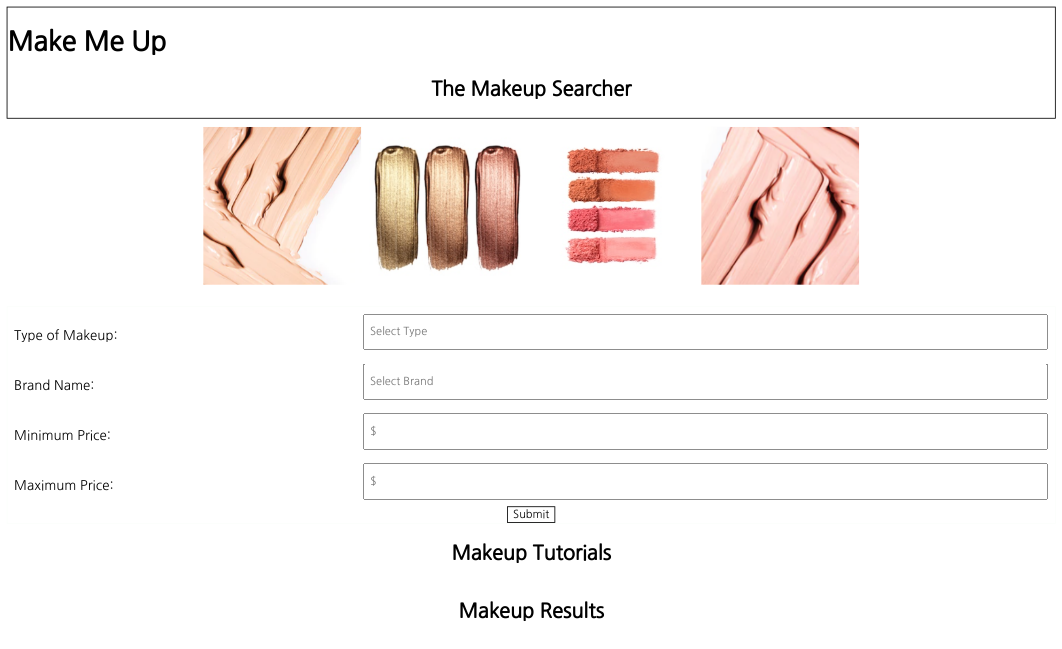
Repository: kaitlynMidori/MakeMeUp
Page: index.html
The author's editor kept a copy of each file at every save. The page is drawn from the files as they stood at one save, then again after the next save.
The browser window is 1280 px wide. The pictures show the whole page, at 83% of full size.

Above is the page before, as saved 2020-12-11 12:35:56.

### index.html
<!DOCTYPE html>
<html lang="en">

<head>
    <meta charset="utf-8">
    <meta name="viewport" content="width=device-width">
    <title>Make Me Up</title>
    <link href="style.css" rel="stylesheet" type="text/css" />
    <link rel="preconnect" href="https://fonts.gstatic.com">
    <link href="https://fonts.googleapis.com/css2?family=Nanum+Gothic&display=swap" rel="stylesheet">
</head>

<body>

    <header>
        <h1>Make Me Up</h1>
        <h2>The Makeup Searcher</h2>
    </header>

    <div id="img-container" class="img" style="padding: 5px;">
        <img src="images/smear1.png" alt="eyeshadow smear" height="200" width="200" style="padding: 5px;">
        <img src="images/smear2.png" alt="lipstick smear" height="200" width="200" style="padding: 5px;">
        <img src="images/smear4.jpg" alt="concealer smear" height="200" width="200" style="padding: 5px;">
        <img src="images/smear3.png" alt="blush smear" height="200" width="200" style="padding: 5px;">
    </div>

    <div class="form-container">
        <form id="js-form">
            <ul class="formWrapper">
                <li class= "form-row">
                    <label class="search-term" for="product-type">Type of Makeup:</label>
                    <input class="product-type input" type="text" name="product-type" id="product-type" placeholder="Select Type" list="product-type-list">
                    <datalist id="product-type-list">
                        <option value="Blush">
                        <option value="Bronzer">
                        <option value="Eyebrow">
                        <option value="Eyeliner">
                        <option value="Eyeshadow">
                        <option value="Foundation">
                        <option value="Lip Liner">
                        <option value="Lipstick">
                        <option value="Mascara">
                        <option value="Nail Polish">
                    </datalist>
                </li>

                <li class="form-row">
                    <label class="search-term" for="brand">Brand Name:</label>
                    <input class="brand input" type="text" name="brand" id="brand" placeholder="Select Brand" list="brand-list">
                    <datalist id="brand-list">
                        <option value="Almay">
                        <option value="Alva">
                        <option value="Anna Sui">
                        <option value="Annabelle">
                        <option value="Benefit">
                        <option value="Boosh">
                        <option value="Burt's Bees">
                        <option value="Butter London">
                        <option value="C'est Moi">
                        <option value="Cargo Cosmetics">
                        <option value="China Glaze">
                        <option value="Clinique">
                        <option value="Coastal Classic Creation">
                        <option value="Colourpop">
                        <option value="Covergirl">
                        <option value="Dalish">
                        <option value="Deciem">
                        <option value="Dior">
                        <option value="Dr. Hauschka">
                        <option value="e.l.f">
                        <option value="Essie">
                        <option value="Fenty">
                        <option value="Glossier">
                        <option value="Green People">
                        <option value="Iman">
                        <option value="L'oreal">
                        <option value="Lotus Cosmetics USA">
                        <option value="Maia's Mineral Galaxy">
                        <option value="Marcelle">
                        <option value="Marienatie">
                        <option value="Maybelline">
                        <option value="Milani">
                        <option value="Mineral Fusion">
                        <option value="Misa">
                        <option value="Mistura">
                        <option value="Moov">
                        <option value="Nudus">
                        <option value="NYX">
                        <option value="ORLY">
                        <option value="Pacifica">
                        <option value="Penny Lane Organics">
                        <option value="Physicians Formula">
                        <option value="Piggy Paint">
                        <option value="Pure Anada">
                        <option value="Rejuva Minerals">
                        <option value="Revlon">
                        <option value="Sally B's Skin Yummies">
                        <option value="Salon Perfect">
                        <option value="Sante">
                        <option value="Sinful Colours">
                        <option value="Smashbox">
                        <option value="Stila">
                        <option value="Suncoat">
                        <option value="w3llpeople">
                        <option value="wet n wild">
                        <option value="Zorah">
                        <option value="Zorah Biocosmetiques">
                    </datalist>
                </li>

                <li class="form-row">
                    <label class="search-term" for="min-price-input">Minimum Price:</label>
                    <input class="min-price input" type="number" name="min-price" id="min-price-input" placeholder="$">
                </li>

                <li class="form-row">
                    <label class="search-term" for="max-price-input">Maximum Price:</label>
                    <input class="max-price input" type="number" name="max-price" id="max-price-input" placeholder="$">
                </li>

                <li class="button">
                    <input id="submit-btn" type="submit" value="Submit">
                </li>
            </ul>
        </form>
    </div>


        <p id="js-error-message" class="error-message"></p>

        <section id="yt-results" class="hidden">
            <h2>Makeup Tutorials</h2>
            <ul id="yt-results-list">
            </ul>
        </section>
    <div id="results-container" class="hidden">
        <h2>Makeup Results</h2>
            <ul id="results-list">
            </ul>
    </div>

    <script src="https://code.jquery.com/jquery-3.3.1.js" integrity="sha256-2Kok7MbOyxpgUVvAk/HJ2jigOSYS2auK4Pfzbm7uH60=" crossorigin="anonymous"></script>
    <script src="script.js"></script>

</body>

</html>

### style.css
* {
    box-sizing: border-box;
}

hidden {
    display: none;
}

* {
    font-family: 'Nanum Gothic', sans-serif;
    color: black;
}

/* header styling */
header {
    background-color: white;
    border-style: solid;
    border-width: thin;
    border-color: black;
}

h2 {
    text-align: center;
}

/* Body styling */
body {
    background-color: white;
}

/* Image styling */

#img-container {
    display: flex;
    flex-direction: row;
    flex-wrap: nowrap;
    justify-content: center;
}

/* Form styling */
.formWrapper {
    background-color: white;
    list-style-type: none;
    padding: 0;
    border-style: solid;
    border-width: thin;
    border-color: #fbfefb;
}

.form-row {
    display: flex;
    justify-content: center;
    padding: .5em;
}

.form-row >label {
    padding: 1em 1em .5em 0;
    flex: 1;
}

.form-row > input {
    flex: 2;
}

.form-row > input,
.form-row > button {
    padding: .5em;
}

.button {
    display: flex;
    justify-content: center;
}

#submit-btn {
    background-color: white;
    color: black;
    border-style: solid;
    border-width: thin;
    border-color: black;
}

/* results styling */


#results-list{
    display: flex;
    flex-wrap: wrap;
    justify-content: center;
    font-size: 12px;
}

.each-product-result {
    padding-left: 7px;
    list-style-type: none;
    background-color: white;
    border: lightgray;
    border-style: solid;
    border-width: thin;
    width: 200px;
}

.each-product-result > .product-name {
    display: block;
    margin-right: auto;
    margin-left: auto;
    font-size: 12px;
    width: 160px;
}

.each-product-result > .product-img {
    display: block;
    border: white;
    border-style: solid;
    border-width: thin;
    margin-left: auto;
    margin-right: auto;
    height: 150px;
    width: 150px;
}

.each-product-result > .product-price {
    font-style: italic;
}

.each-product-result > .product-description {
    font-size: 12px;
    font-weight: lighter;
    width: 180px;
}

/* YouTube video Styling */

#yt-results-list {
    display: flex;
    flex-wrap: wrap;
    justify-content: center;
    font-size: 12px;
}

.each-yt-result {
    padding-left: 7px;
    list-style-type: none;
    background-color: white;
    border: lightgray;
    border-style: solid;
    border-width: thin;
    width: 200px;
}

.each-yt-result > .yt-title {
    display: block;
    margin-left: auto;
    margin-left: auto;
}

.each-yt-result > .yt-description {
    font-size: 12px;
    width: 180px;
}

.each-yt-result > .yt-thumbnails {
    display: block;
    border: white;
    border-style: solid;
    border-width: thin;
    margin-left: auto;
    margin-right: auto;
    height: 130px;
    width: 150px;
}

### script.js
 'use strict';

const makeupURL = 'https://makeup-api.herokuapp.com/api/v1/products.json';

//watch form
//prevent submit btn default
//collect values for user input
function watchForm() {
    $('form').submit(event => {
        event.preventDefault();
        const searchTerm = $('#product-type').val();
        const brand = $('#brand').val();
        const minPrice = $('#min-price-input').val();
        const maxPrice = $('#max-price-input').val();
        getMakeUp(searchTerm, brand, minPrice, maxPrice);
        getYoutubeVideo(searchTerm, brand);
    });
}

//format url
function formatQueryParams(params) {
    const queryItems = Object.keys(params)
        .map(key => `${encodeURIComponent(key)}=${encodeURIComponent(params[key])}`)
    return queryItems.join('&');
}

function getMakeUp(searchTerm, brand, minPrice, maxPrice) {
    const params = {
        product_type: searchTerm,
        brand: brand,
        price_greater_than: minPrice,
        price_less_than: maxPrice,
    };

    const queryString = formatQueryParams(params)
    const url = makeupURL + '?' + queryString;
    console.log(url);

    fetch(url)
        .then(response => {
            if (response.ok) {
                return response.json();
            }
            throw new Error(response.statusText);
        })
        .then(responseJson => displayResults(responseJson))
        .catch(err => {
            $('#js-error-message').text(`Something went wrong: ${err.message}`);
        });
}

function displayResults(responseJson) {
    // if there are previous results, remove them
    console.log(responseJson);
    $('#results-list').empty();

    //if there are no results, display a msg
    if (!Object.keys(responseJson).length) {
        $('#results-list').append(`<h2>Sorry, No Products Found For That Make-Up and/or Brand</h2>`);
    }
    // iterate through the items array
    for (let i = 0; i < responseJson.length; i++) {

        // for each makeup object in the items array, add a list item to the results
        //list with the full name, img, price, description, url
        $('#results-list').append(
            `<li class="each-product-result">
      <h3 class="product-name">${responseJson[i].name}</h3>
      <img class="product-img" src="${responseJson[i].image_link}">

      <br>

      <p class="product-price">$${responseJson[i].price}</p>
      <p class="product-description">${responseJson[i].description}</p>
      </li>`
        )
    };

    //display the results section
    $('#results').removeClass('hidden');

    //clear input after results load
    $('#product-type').val('')
    $('#brand').val('')
    $('#min-price-input').val('');
    $('#max-price-input').val('');
};

$(watchForm);

// *****************Youtube video portion**************************************

const youtubeURL = 'https://www.googleapis.com/youtube/v3/search';

function getYoutubeVideo(searchTerm, brand) {
 const params = {
    part:'snippet',
    key:'AIzaSyDLTkOknlkbRK8xtwwM4HzWWfjG2awJktI',
    q: searchTerm + brand + ' makeup',
    maxResults: 6,
    type: 'video',
    order: 'Relevance',
    safeSearch: 'strict',
    relevanceLanguage: 'en'
  };

  const queryString = formatQueryParams(params)
  const url = youtubeURL + '?' + queryString;
  console.log(url);

  fetch(url)
    .then(response => {
      if (response.ok) {
        return response.json();
      }
      throw new Error(response.statusText);
    })
    .then(responseJson => displayYoutubeResults(responseJson))
    .catch(err => {
      $('#js-error-message').text(`Something went wrong: ${err.message}`);
    });
}

function displayYoutubeResults(responseJson) {
  console.log(responseJson);

  $('#yt-results-list').empty();

  if(!Object.keys(responseJson.items).length){
    $('#yt-results-list').append(`<h2>Sorry, No Videos Found For That Make-Up and/or Brand</h2>`);
  }

  for (let i = 0; i < responseJson.items.length; i++){
    $('#yt-results-list').append(
      `<li class= "each-yt-result">
      <a href="https://www.youtube.com/watch?v=${responseJson.items[i].id.videoId}?vq=hd1080" target=_blank>
        <h3>${responseJson.items[i].snippet.title} class="yt-title"</h3>
      </a>
      <a href="https://www.youtube.com/watch?v=${responseJson.items[i].id.videoId}?vq=hd1080" class= "yt-thumbnails" target=_blank>
        <img src="${responseJson.items[i].snippet.thumbnails.default.url}">
      </a>

      <p>Channel: <a href="https://www.youtube.com/channel/${responseJson.items[i].snippet.channelId}" class="yt-channel" target=_blank>${responseJson.items[i].snippet.channelTitle}</a></p>

      <p>${responseJson.items[i].snippet.description}</p>

      </li>`)
  };

  $('#yt-results').removeClass('hidden');
};

After the next save:
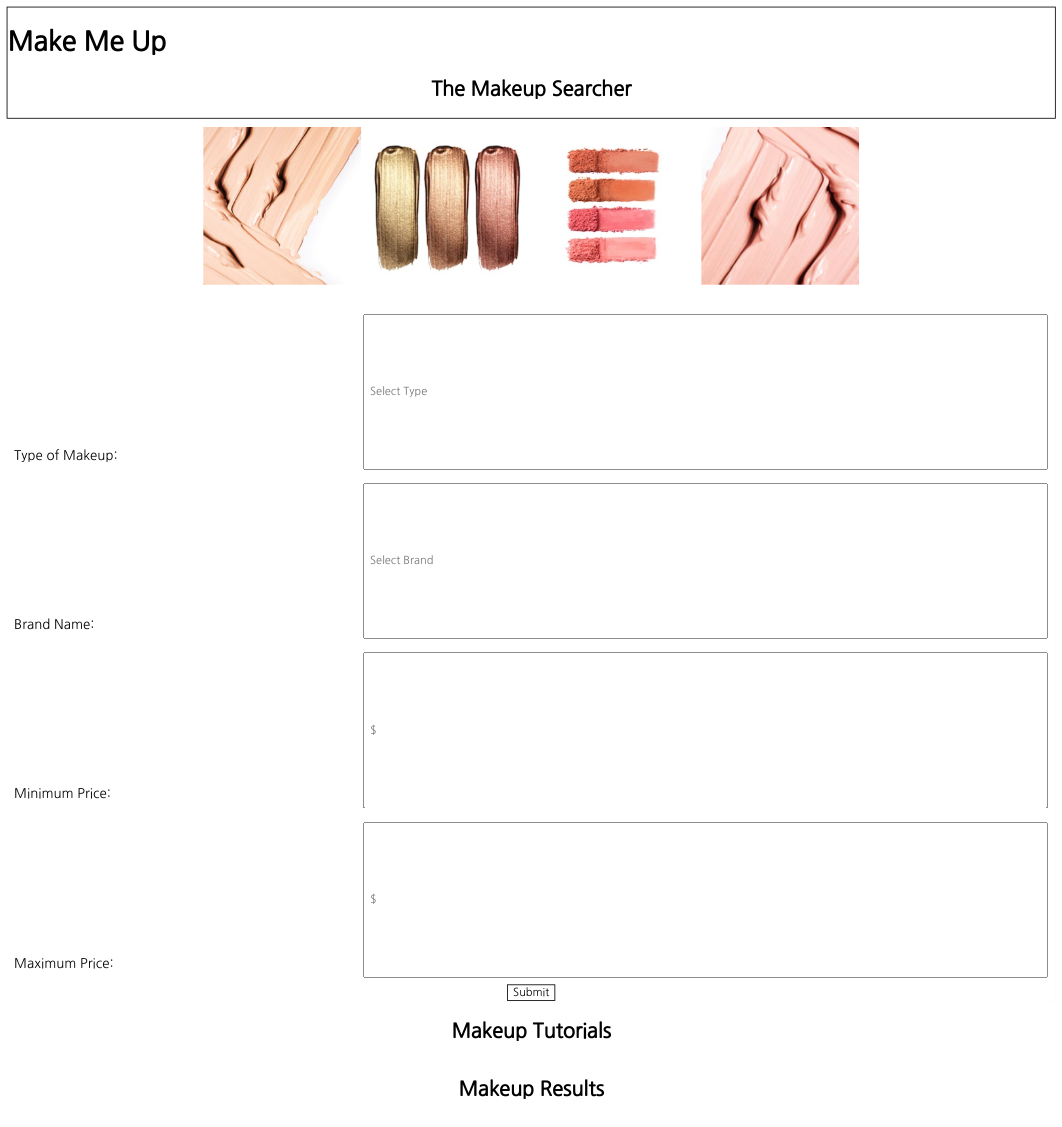
Saved 12 s later.
--- a/style.css
+++ b/style.css
@@ -54,7 +54,7 @@ body {
 }
 
 .form-row >label {
-    padding: 1em 1em .5em 0;
+    padding: 10em 1em .5em 0;
     flex: 1;
 }
 
